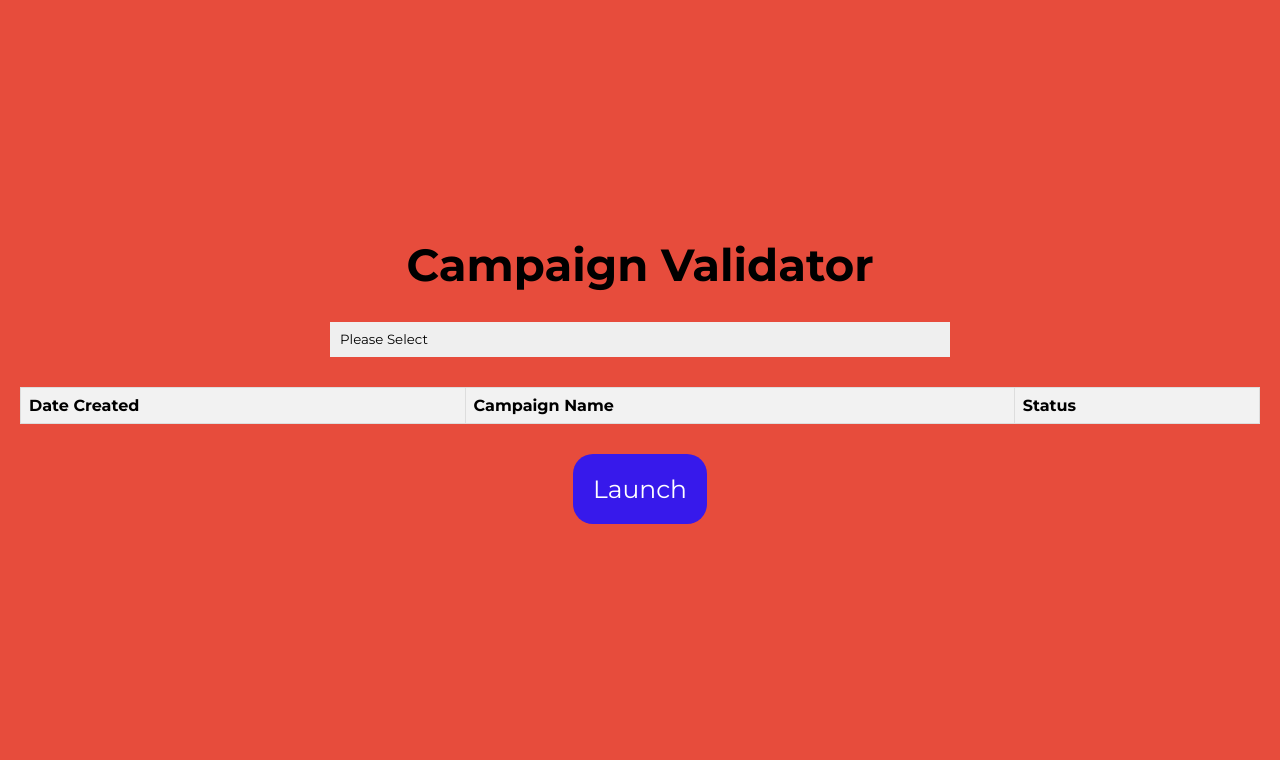
Repository: AbApin/project
Page: / (app in frontend/)
An editor plug-in stored every save of this project. The page is shown before and after a run of saves, followed by the edit.
The browser window is 1280 px wide. The pictures show the whole page.
The page's requests for data from a server got no answer. The project was rebuilt for these pictures with package versions that can differ from the ones it lists, and the page was loaded fresh each time. No one was signed in, and anything a server would have sent is missing. Also part of the build but not shown: frontend/vue.config.js.

Above is the page before, as saved 2023-02-22 11:06:32.

### frontend/public/index.html
<!DOCTYPE html>
<html lang="">
  <head>
    <meta charset="utf-8" />
    <meta http-equiv="X-UA-Compatible" content="IE=edge" />
    <meta name="viewport" content="width=device-width,initial-scale=1.0" />
    <link rel="icon" href="<%= BASE_URL %>favicon.ico" />
    <title><%= htmlWebpackPlugin.options.title %></title>
    <link
      href="https://fonts.googleapis.com/css?family=Montserrat:100,200,300,regular,500,600,700,800,900,100italic,200italic,300italic,italic,500italic,600italic,700italic,800italic,900italic"
      rel="stylesheet"
    />
  </head>
  <body>
    <noscript>
      <strong
        >We're sorry but <%= htmlWebpackPlugin.options.title %> doesn't work properly without
        JavaScript enabled. Please enable it to continue.</strong
      >
    </noscript>
    <div id="app"></div>
    <!-- built files will be auto injected -->
  </body>
</html>

### frontend/src/App.vue
<template>
  <div id="app">
    <h1 class="appTitle">Campaign Validator</h1>
    <select class="campaignsList" v-model="selectedCampaign">
      <option class="campaignOption" disabled value="">Please Select</option>
      <option
        class="campaignOption"
        :value="campaign"
        v-for="campaign in campaigns"
        :key="campaign.id"
      >
        {{ campaign.name }}
      </option>
    </select>
    <table>
      <thead>
        <tr>
          <th>Date Created</th>
          <th>Campaign Name</th>
          <th>Status</th>
        </tr>
      </thead>
      <tbody>
        <tr v-for="test in tests" :key="test.id">
          <td>{{ test.date }}</td>
          <td>{{ test.campaign }}</td>
          <td :class="test.status ? 'status-passed' : 'status-failed'">
            {{ test.status ? 'Passed' : 'Failed' }}
          </td>
        </tr>
      </tbody>
    </table>
    <button class="launchBtn" @click="createTest">launch</button>
  </div>
</template>

<script>
import axios from 'axios';

export default {
  name: 'App',
  data() {
    return {
      selectedCampaign: '',
      campaigns: [],
      tests: [],
    };
  },
  async mounted() {
    await axios
      .get('/api/campaigns')
      .then((response) => {
        this.campaigns = response.data.campaigns;
      })
      .catch((error) => {
        console.log(error);
      });

    await axios
      .get('/api/tests')
      .then((response) => {
        this.tests = response.data;
      })
      .catch((error) => {
        console.log(error);
      });
  },
  methods: {
    async createTest() {
      await axios
        .post(`/api/tests/${this.selectedCampaign.name}`)
        .then((response) => {
          this.tests = response.data;
        })
        .catch((error) => {
          console.log(error);
        });
    },
  },
};
</script>

<style>
* {
  margin: 0;
  padding: 0;
  box-sizing: 0;
  font-family: 'Montserrat', sans-serif;
}
#app {
  background: #e74c3c;
  display: flex;
  align-items: center;
  justify-content: center;
  flex-direction: column;
  gap: 30px;
  padding: 20px;
  height: 100vh;
}
.appTitle {
  font-size: 45px;
}
.launchBtn {
  font-size: 25px;
  text-transform: capitalize;
  padding: 20px;
  border-radius: 20px;
  border: 0;
  background: rgba(55, 25, 235, 1);
  color: #fff;
  cursor: pointer;
  transition: all 0.3s ease-in;
}
.launchBtn:hover {
  box-shadow: 0 0 10px rgba(55, 25, 235, 1);
}
.campaignsList {
  max-width: 50%;
  width: 100%;
  border: 0;
  padding: 10px;
  outline: 0;
  -webkit-appearance: none;
  -moz-appearance: none;
  appearance: none;
}
.campaignOption {
  -webkit-appearance: none;
  -moz-appearance: none;
  appearance: none;
  padding: 10px !important;
  background: gray;
  color: #fff;
  transition: all 0.3s linear;
}
.campaignOption:hover {
  background: #e74c3c !important;
}

table {
  border-collapse: collapse;
  width: 100%;
}
thead th {
  background-color: #f2f2f2;
  border: 1px solid #ddd;
  padding: 8px;
  text-align: left;
}
tbody td {
  border: 1px solid #ddd;
  padding: 8px;
}
tbody tr:nth-child(even) {
  background-color: #f2f2f2;
}
tbody tr:hover {
  background-color: #ddd;
}
.status-passed {
  color: green;
}
.status-failed {
  color: red;
}
</style>

Loaded but not shown: frontend/src/main.js (common file)

After the next 4 saves:
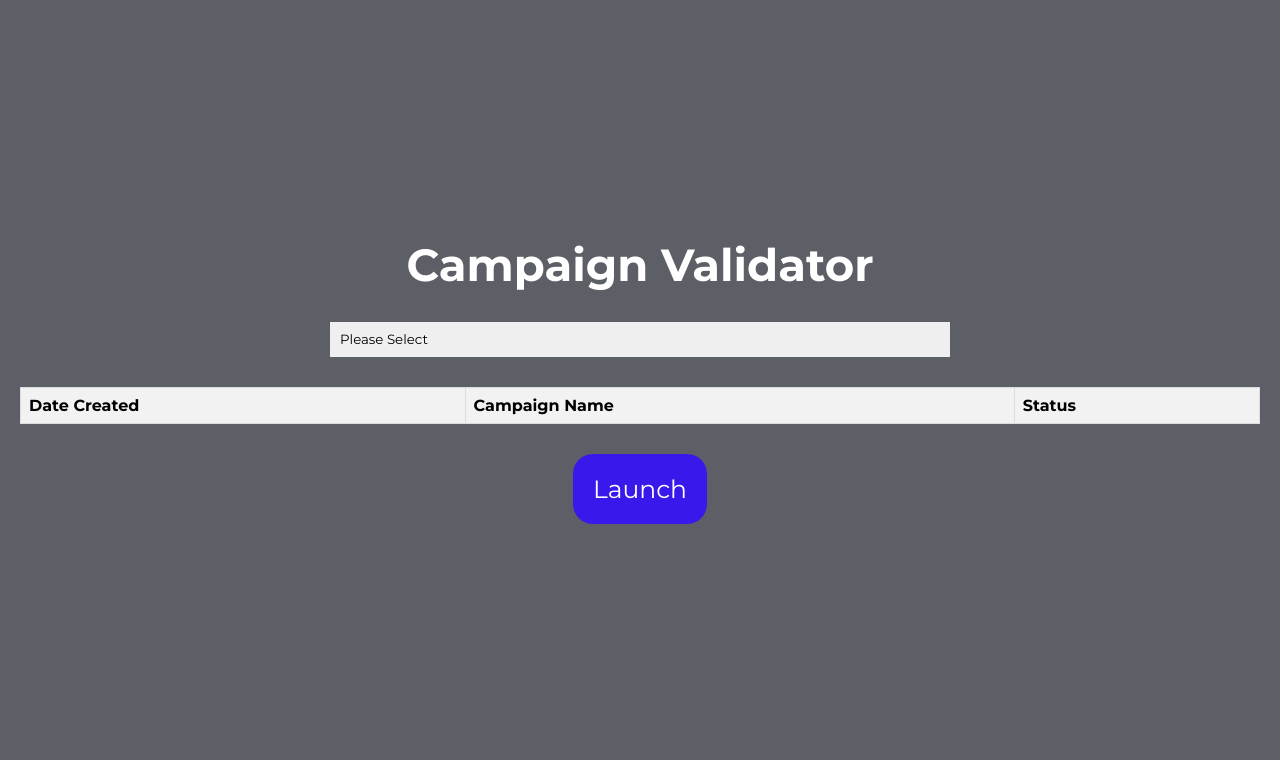
The 4 saves are shown as one change because they came seconds apart.
The last was saved 52 s later.
--- a/frontend/src/App.vue
+++ b/frontend/src/App.vue
@@ -88,7 +88,7 @@ export default {
   font-family: 'Montserrat', sans-serif;
 }
 #app {
-  background: #e74c3c;
+  background: #5d5f66;
   display: flex;
   align-items: center;
   justify-content: center;
@@ -99,6 +99,7 @@ export default {
 }
 .appTitle {
   font-size: 45px;
+  color: #fff;
 }
 .launchBtn {
   font-size: 25px;
